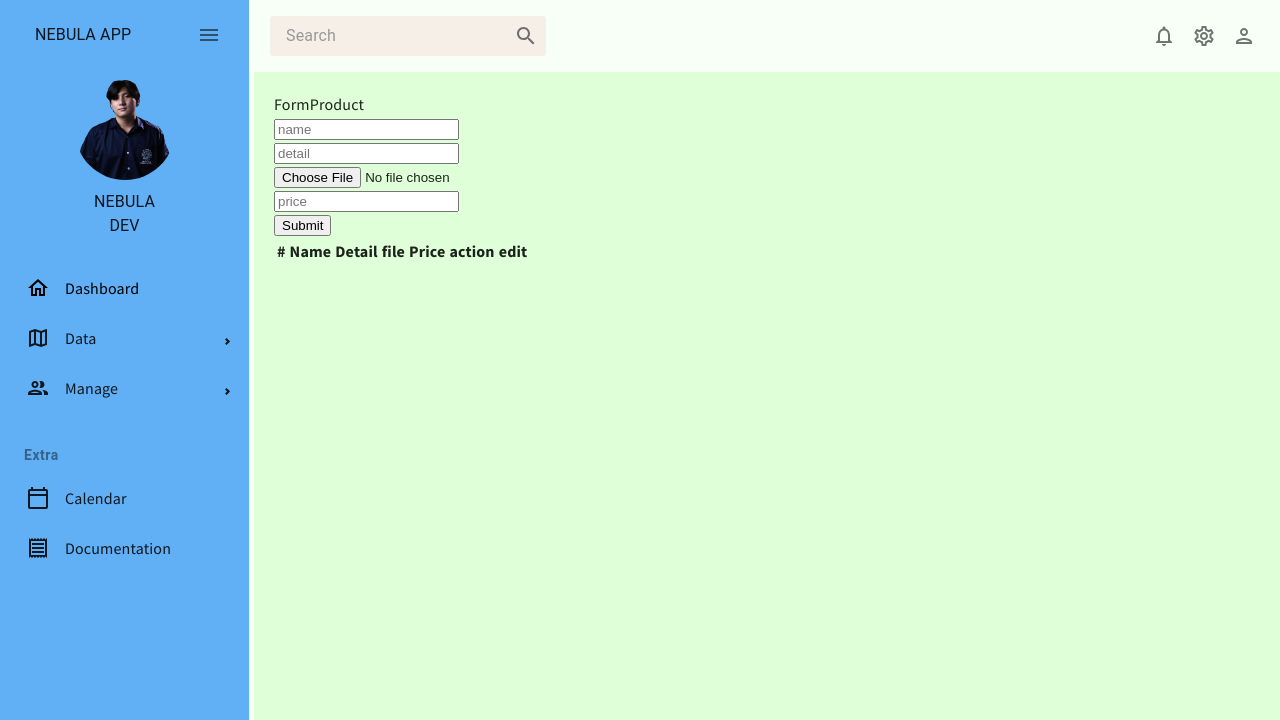
Repository: supakorn5039-boon/MERN
Page: / (app in client/)
An editor plug-in stored every save of this project. The page is shown before and after the next save, followed by the edit.
The browser window is 1280 px wide. The pictures show the whole page.
The page's requests for data from a server got no answer. The project was rebuilt for these pictures with package versions that can differ from the ones it lists, and the page was loaded fresh each time. No one was signed in, and anything a server would have sent is missing. Also part of the build but not shown: client/src/App.css, client/src/components/FormEditProducts.jsx.

Above is the page before, as saved 2023-11-01 13:56:12.

### client/src/index.css
@import url("https://fonts.googleapis.com/css2?family=Source+Sans+Pro:wght@400;600;700&display=swap");

html,
body,
#root,
.app,
.content {
  height: 100%;
  width: 100%;
  font-family: "Source Sans Pro", sans-serif;
  background-color: #f7fff7;
  overflow: hidden;
}
.content_body {
  background-color: rgb(223, 255, 216);
  width: 100%;
  height: 90%;
  overflow: scroll;
}
.app {
  display: flex;
  position: relative;
}
.menu-bars {
  text-decoration: none;
  color: #000;
}
::-webkit-scrollbar {
  width: 10px;
}

::-webkit-scrollbar-track {
  background: #e0e0e0;
}

::-webkit-scrollbar-thumb {
  background: #888;
}

::-webkit-scrollbar-thumb:hover {
  background: #555;
}

### client/src/App.jsx
import "./App.css";
import { BrowserRouter, Route, Routes } from "react-router-dom";
import FormProduct from "./components/FormProduct";
import FormEditProducts from "./components/FormEditProducts";

//Layout

import HeaderBar from "./layout/HeaderBar";
import SideBar from "./layout/SideBar";
import { CssBaseline, Box } from "@mui/material";

function App() {
  return (
    <BrowserRouter>
      <>
        <CssBaseline />
        <div className="app">
          <SideBar />
          <main className="content">
            <HeaderBar />
            <div className="content_body">
              <Box m="20px">
                <Routes>
                  <Route path="/" element={<FormProduct />} />
                  <Route path="/edit/:id" element={<FormEditProducts />} />
                </Routes>
              </Box>
            </div>
          </main>
        </div>
      </>
    </BrowserRouter>
  );
}

export default App;

### client/src/components/FormProduct.jsx
import React, { useState, useEffect } from "react";
import { remove, create, getdata } from "../functions/product";

import { Link } from "react-router-dom";

const FormProduct = () => {
  const [data, setData] = useState([]);
  const [form, setForm] = useState([]);

  useEffect(() => {
    loadData();
  }, []);

  // Pull the data from backend  show on frontend  below
  const loadData = async () => {
    getdata()
      .then((res) => setData(res.data))
      .catch((err) => console.log(err));
  };

  const handleChange = (e) => {
    if (e.target.name === "file") {
      setForm({
        // ... copy function inside of useState in form if [] it's mean nothing
        ...form,
        [e.target.name]: e.target.files[0],
      });
    } else {
      setForm({
        ...form,
        [e.target.name]: e.target.value,
      });
    }
  };

  //Submit type and collect to backend
  const handleSubmit = async (e) => {
    e.preventDefault();

    const formWithImageData = new FormData();
    for (const key in form) {
      formWithImageData.append(key, form[key]);
    }

    create(formWithImageData)
      .then((res) => {
        console.log(res.data);

        // use data in submit show to frontend
        loadData();
      })
      .catch((err) => console.log(err));
  };
  const handleRemove = async (id) => {
    remove(id)
      .then((res) => {
        console.log(res);
        loadData();
      })
      .catch((err) => console.log(err));
  };

  // Webpage
  return (
    <div>
      FormProduct
      <form onSubmit={handleSubmit} encType="multipart/form-data">
        <input
          type="text"
          name="name"
          onChange={(e) => handleChange(e)}
          placeholder="name"
        ></input>
        <br />
        <input
          type="text"
          name="detail"
          onChange={(e) => handleChange(e)}
          placeholder="detail"
        ></input>
        <br />

        <input
          type="file"
          name="file"
          onChange={(e) => handleChange(e)}
        ></input>

        <br />
        <input
          type="text"
          name="price"
          onChange={(e) => handleChange(e)}
          placeholder="price"
        ></input>
        <br />
        <button>Submit</button>
      </form>
      <table className="table">
        <thead>
          <tr>
            <th scope="col">#</th>
            <th scope="col">Name</th>
            <th scope="col">Detail</th>
            <th scope="col">file</th>
            <th scope="col">Price</th>
            <th scope="col">action</th>
            <th scope="col">edit</th>
          </tr>
        </thead>
        <tbody>
          {data
            ? data.map((item, index) => (
                <tr key={index}>
                  <td>{index + 1}</td>
                  <td>{item.name}</td>
                  <td>{item.detail}</td>
                  <td>{item.file}</td>
                  <td>{item.price}</td>
                  <td onClick={() => handleRemove(item._id)}>Delete</td>
                  <td>
                    <Link to={"/edit/" + item._id}>Edit</Link>
                  </td>
                </tr>
              ))
            : null}
        </tbody>
      </table>
    </div>
  );
};

export default FormProduct;

### client/src/layout/HeaderBar.js
import react, { useState } from "react";
import { Box, IconButton, Menu, MenuItem } from "@mui/material";
import InputBase from "@mui/material/InputBase";
import NotificationsOutlinedIcon from "@mui/icons-material/NotificationsOutlined";
import SettingsOutlinedIcon from "@mui/icons-material/SettingsOutlined";
import PersonOutlinedIcon from "@mui/icons-material/PersonOutlined";
import SearchIcon from "@mui/icons-material/Search";
import { Link } from "react-router-dom";

const HeaderBar = () => {
  const [anchorEl, setAnchorEl] = useState(null);

  const handleMenu = (event) => {
    setAnchorEl(event.currentTarget);
  };

  const handleClose = () => {
    setAnchorEl(null);
  };
  return (
    <Box display="flex" justifyContent="space-between" p={2}>
      {/* search  */}
      <Box display="flex" borderRadius="3px" backgroundColor="#F5EFE7">
        <InputBase sx={{ ml: 2, flex: 1 }} placeholder="Search" />
        <IconButton type="button" sx={{ p: 1 }}>
          <SearchIcon />
        </IconButton>
      </Box>

      {/* icons */}
      <Box display="flex">
        <IconButton>
          <NotificationsOutlinedIcon />
        </IconButton>
        <IconButton>
          <SettingsOutlinedIcon />
        </IconButton>
        <IconButton>
          <PersonOutlinedIcon onClick={handleMenu} />
          <Menu
            id="menu-appbar"
            anchorEl={anchorEl}
            anchorOrigin={{
              vertical: "top",
              horizontal: "right",
            }}
            keepMounted
            transformOrigin={{
              vertical: "top",
              horizontal: "right",
            }}
            open={Boolean(anchorEl)}
            onClose={handleClose}
          >
            <Link to="#" className="menu-bars">
              <MenuItem onClick={handleClose}>Profile</MenuItem>
            </Link>
            <Link to="#" className="menu-bars">
              <MenuItem onClick={handleClose}>My account</MenuItem>
            </Link>
          </Menu>
        </IconButton>
      </Box>
    </Box>
  );
};

export default HeaderBar;

### client/src/layout/SideBar.js
import React, { useState } from "react";
import {
  Sidebar,
  Menu,
  MenuItem,
  SubMenu,
  SidebarFooter,
} from "react-pro-sidebar";
import { Box, IconButton, Typography, useTheme, Badge } from "@mui/material";
import { Link } from "react-router-dom";

import HomeOutlinedIcon from "@mui/icons-material/HomeOutlined";
import PeopleOutlinedIcon from "@mui/icons-material/PeopleOutlined";
import ReceiptOutlinedIcon from "@mui/icons-material/ReceiptOutlined";
import CalendarTodayOutlinedIcon from "@mui/icons-material/CalendarTodayOutlined";
import BarChartOutlinedIcon from "@mui/icons-material/BarChartOutlined";
import PieChartOutlineOutlinedIcon from "@mui/icons-material/PieChartOutlineOutlined";
import MenuOutlinedIcon from "@mui/icons-material/MenuOutlined";
import MapOutlinedIcon from "@mui/icons-material/MapOutlined";
import TableViewIcon from "@mui/icons-material/TableView";
const SideBar = () => {
  const [isCollapsed, setisCollapsed] = useState(false);
  const [toggled, setToggled] = useState(false);
  const [broken, setBroken] = useState(false);

  return (
    <div
      style={{
        display: "flex",
        height: "100%",
      }}
    >
      <Sidebar
        collapsed={isCollapsed}
        toggled={toggled}
        onBackdropClick={() => setToggled(false)}
        onBreakPoint={setBroken}
        backgroundColor="#61AFF4"
        breakPoint="md"
        style={{ height: "100%" }}
      >
        <div
          style={{ display: "flex", flexDirection: "column", height: "100%" }}
        >
          <div style={{ flex: 1, marginBottom: "32px" }}>
            <Menu iconShape="square">
              {/* LOGO */}
              <MenuItem
                onClick={() => setisCollapsed(!isCollapsed)}
                icon={isCollapsed ? <MenuOutlinedIcon /> : undefined}
                style={{
                  margin: "10px 0 20px 0",
                }}
              >
                {!isCollapsed && (
                  <Box
                    display="flex"
                    justifyContent="space-between"
                    alignItems="center"
                    ml="15px"
                  >
                    <Typography>NEBULA APP</Typography>
                    <IconButton onClick={() => setisCollapsed(!isCollapsed)}>
                      <MenuOutlinedIcon />
                    </IconButton>
                  </Box>
                )}
              </MenuItem>
              {!isCollapsed && (
                <Box mb="25px">
                  <Box
                    display="flex"
                    justifyContent="center"
                    alignItems="center"
                  >
                    <img
                      alt="profile-user"
                      width="100px"
                      height="100px"
                      src={`/assets/Photo.png`}
                      style={{ cursor: "pointer", borderRadius: "50%" }}
                    />
                  </Box>
                  <Box textAlign="center">
                    <Typography sx={{ m: "10px 0 0 0" }}>NEBULA</Typography>
                    <Typography>DEV </Typography>
                  </Box>
                </Box>
              )}

              <Link to="/admin" className="menu-bars">
                <MenuItem icon={<HomeOutlinedIcon />}>Dashboard</MenuItem>
              </Link>

              <SubMenu icon={<MapOutlinedIcon />} label="Data">
                <Link to={"/admin/viewtable"} className="menu-bars">
                  <MenuItem icon={<TableViewIcon />}>Table</MenuItem>
                </Link>
                <MenuItem icon={<BarChartOutlinedIcon />}>
                  {" "}
                  Line charts
                </MenuItem>
              </SubMenu>

              <SubMenu label="Manage" icon={<PeopleOutlinedIcon />}>
                <Link to={"/admin/manage"} className="menu-bars">
                  <MenuItem>User</MenuItem>
                </Link>
                <MenuItem> Admin</MenuItem>
              </SubMenu>
            </Menu>

            <div
              style={{
                padding: "0 24px",
                marginBottom: "8px",
                marginTop: "32px",
              }}
            >
              <Typography
                variant="body2"
                fontWeight={600}
                style={{
                  opacity: isCollapsed ? 0 : 0.5,
                  letterSpacing: "0.5px",
                }}
              >
                Extra
              </Typography>
            </div>

            <Menu>
              <MenuItem icon={<CalendarTodayOutlinedIcon />}>Calendar</MenuItem>
              <MenuItem icon={<ReceiptOutlinedIcon />}>Documentation</MenuItem>
            </Menu>
          </div>
        </div>
      </Sidebar>
      <main>
        <div style={{ padding: "16px 2px ", color: "#44596e" }}>
          <div style={{ marginBottom: "16px" }}>
            {broken && (
              <IconButton onClick={() => setToggled(!toggled)}>
                <MenuOutlinedIcon />
              </IconButton>
            )}
          </div>
        </div>
      </main>
    </div>
  );
};
export default SideBar;

### client/src/functions/product.js
import axios from "axios";
import { appCheck, getToken } from "../firebase";

const GenerateToken = async () => {
  try {
    const token = await getToken(appCheck);
    return token;
  } catch (err) {
    console.log(err);
    return null;
  }
};

export const remove = async (id) =>
  await axios.delete(process.env.REACT_APP_API + "/product/" + id);

export const create = async (data) =>
  await axios.post(process.env.REACT_APP_API + "/product", data);

export const getdata = async () => {
  const boon = await GenerateToken();
  console.log("boon token", boon);
  return await axios.get(process.env.REACT_APP_API + "/product", {
    headers: {
      "X-Firebase-AppCheck": boon.token,
    },
  });
};

export const read = async (id) => {
  return await axios.get(process.env.REACT_APP_API + "/product/" + id);
};

export const updated = async (id, data) => {
  return await axios.put(process.env.REACT_APP_API + "/product/" + id, data);
};

### client/src/firebase.js
import { initializeApp } from "firebase/app";
import { getAnalytics } from "firebase/analytics";
import {
  initializeAppCheck,
  ReCaptchaV3Provider,
  getToken,
} from "firebase/app-check";

const firebaseConfig = {
  apiKey: "AIzaSyBBM6ayVSyx_ET3Nlx3cLt0ngnVWywZbPM",
  authDomain: "ws-ac-de4c7.firebaseapp.com",
  projectId: "ws-ac-de4c7",
  storageBucket: "ws-ac-de4c7.appspot.com",
  messagingSenderId: "289463955788",
  appId: "1:289463955788:web:0a17ed261d7a3b6a8edfe9",
  measurementId: "G-FX5SNJL1DR",
};

// Initialize Firebase
const app = initializeApp(firebaseConfig);
const analytics = getAnalytics(app);

const appCheck = initializeAppCheck(app, {
  provider: new ReCaptchaV3Provider("6Leql-IoAAAAAA7WR4PGgxlusjWs3nhkkHNlLg7r"),

  // Optional argument. If true, the SDK automatically refreshes App Check
  // tokens as needed.
  isTokenAutoRefreshEnabled: true,
});

export { appCheck, getToken };

Loaded but not shown: client/public/index.html (common file); client/src/index.js (common file); client/src/reportWebVitals.js (common file)

After the next save:
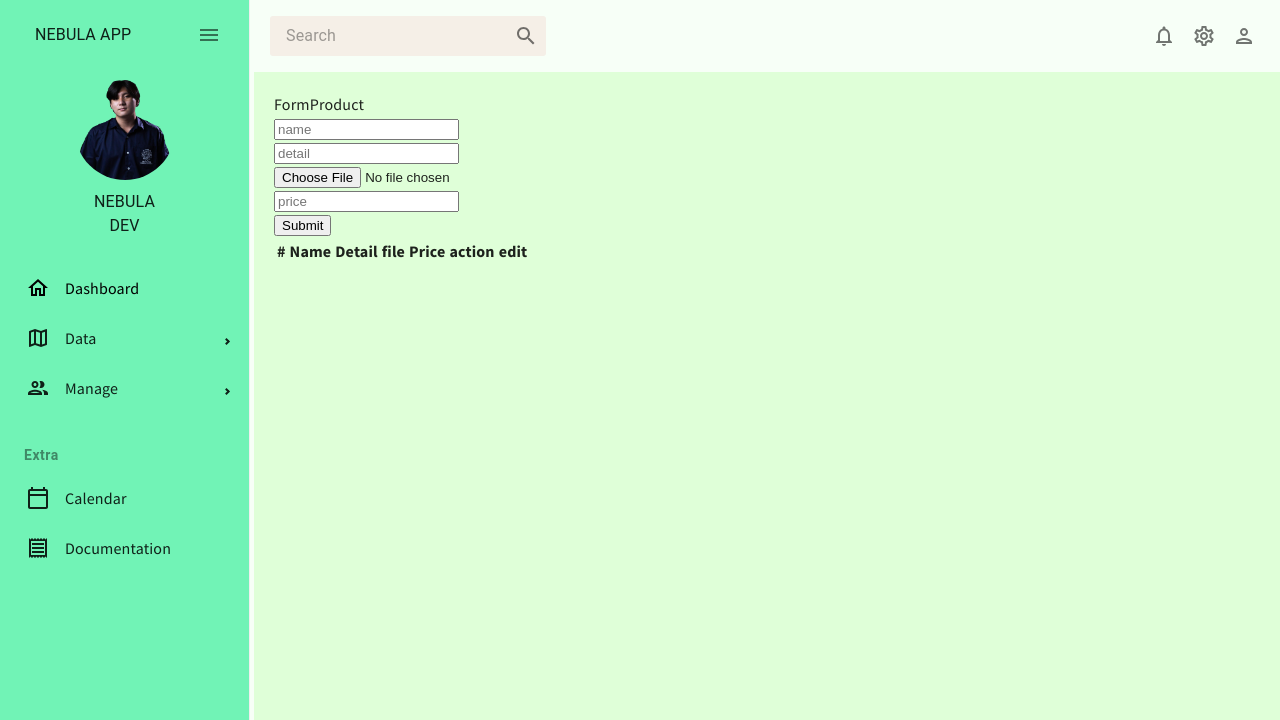
Saved 32 s later.
--- a/client/src/layout/SideBar.js
+++ b/client/src/layout/SideBar.js
@@ -35,7 +35,7 @@ const SideBar = () => {
         toggled={toggled}
         onBackdropClick={() => setToggled(false)}
         onBreakPoint={setBroken}
-        backgroundColor="#61AFF4"
+        backgroundColor="#71F3B6"
         breakPoint="md"
         style={{ height: "100%" }}
       >
